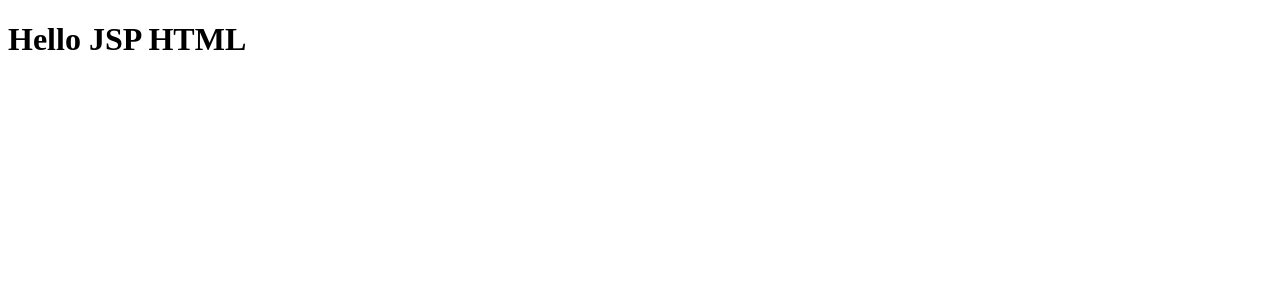
Repository: believemaster/JavaDynamicWeb-JSP
Page: Hello JSP/src/main/webapp/Hello.html
These files come from the project's save history. The page is drawn as it stood at one moment and after the next save; the edit follows.
The browser window is 1280 px wide. The pictures show the whole page.

Above is the page before, as saved 2022-05-24 17:26:02.

### Hello JSP/src/main/webapp/Hello.html
<!DOCTYPE html>
<html>
<head>
<meta charset="UTF-8">
<title>New JSP Page</title>
</head>
<body>
	<h1>Hello JSP HTML</h1>
</body>
</html>

After the next save:
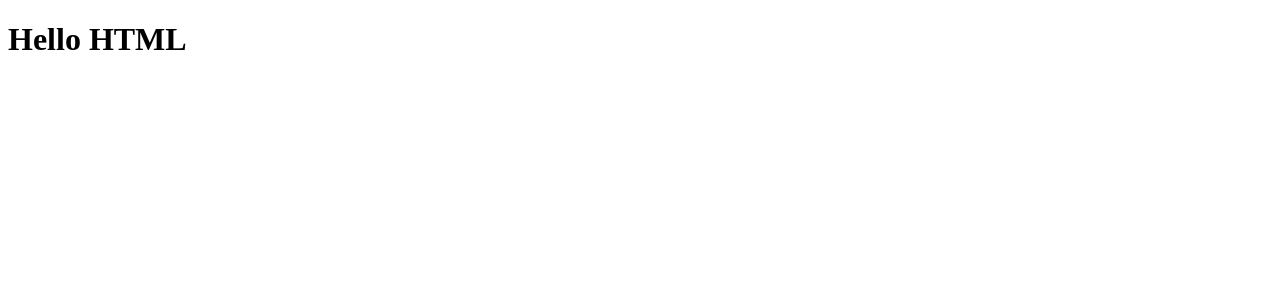
Saved 2 min 54 s later.
--- a/Hello JSP/src/main/webapp/Hello.html
+++ b/Hello JSP/src/main/webapp/Hello.html
@@ -2,9 +2,9 @@
 <html>
 <head>
 <meta charset="UTF-8">
-<title>New JSP Page</title>
+<title>New HTML Page</title>
 </head>
 <body>
-	<h1>Hello JSP HTML</h1>
+	<h1>Hello HTML</h1>
 </body>
 </html>
